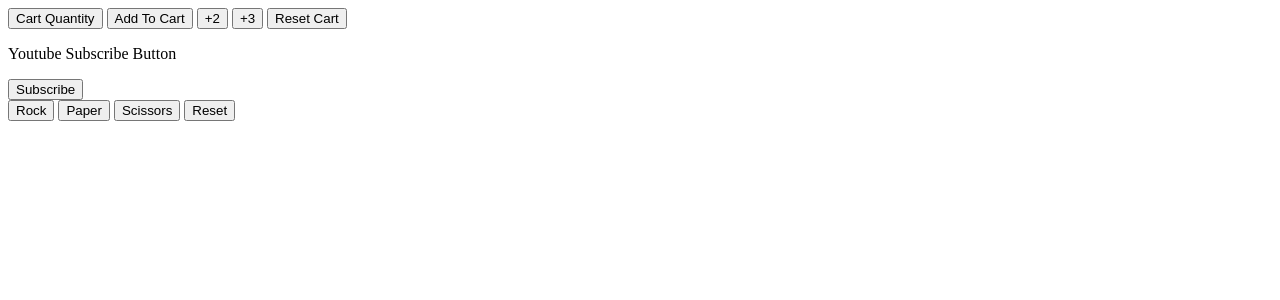
Repository: EguJaredoBoyd/Jared-Learning-Projects
Page: javascript-tutorial.html
An editor plug-in stored every save of this project. The page is shown before and after the next save, followed by the edit.
The browser window is 1280 px wide. The pictures show the whole page.

Above is the page before, as saved 2025-07-04 15:06:27.

After the next save:
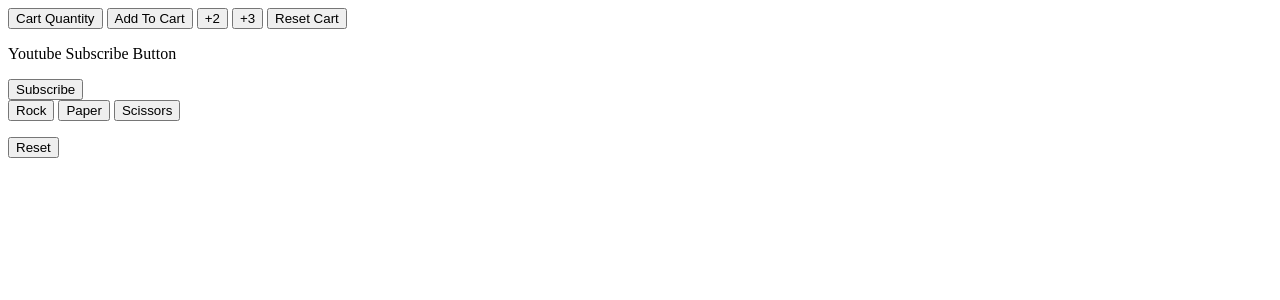
Saved 4 min 22 s later.
--- a/javascript-tutorial.html
+++ b/javascript-tutorial.html
@@ -28,6 +28,9 @@
             <button onclick="selectRock()">Rock</button>
             <button onclick="selectPaper()">Paper</button>
             <button onclick="selectScissors()">Scissors</button>
+            <p class="win-paragraph"></p>
+            <p class="move-paragraph"></p>
+            <p class="score-paragraph"></p>
             <button onclick="selectReset()">Reset</button>
         </section>
     </main>
